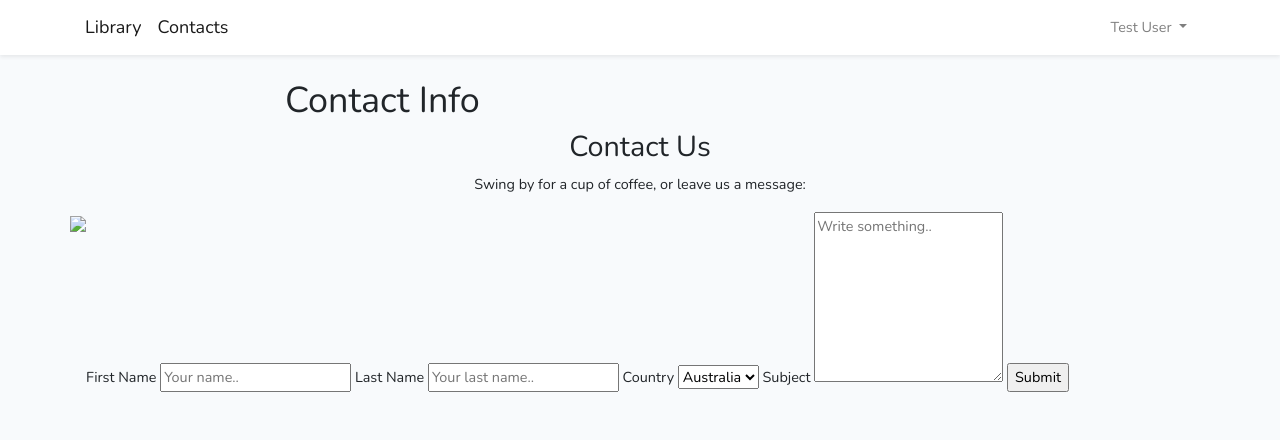
Repository: laravel-sys/groupOne
Page: http://localhost/contacts
An editor plug-in stored every save of this project. The page is shown before and after a run of saves, followed by the edit.
The browser window is 1280 px wide. The pictures show the whole page.
The page is served by the project's Laravel application, run on PHP 8.4 with Laravel 8. A made-up administrator, Test User (test@example.com), is signed in. Style sheets and scripts are compiled from the project's sources, by tool versions that may differ from the author's. Queries for data that is not in the repository find no rows.

Above is the page before, as saved 2021-03-26 22:28:10.

After the next 3 saves:
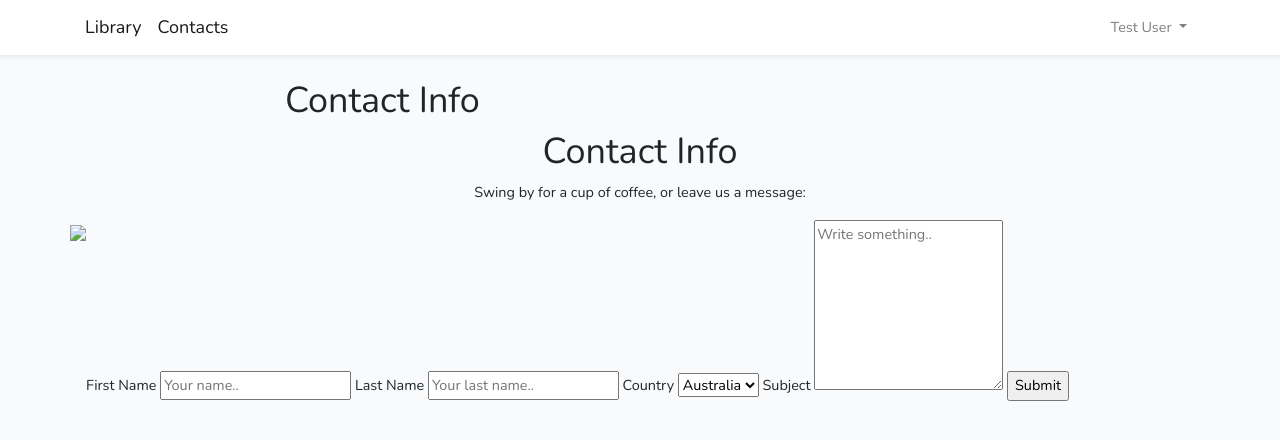
The 3 saves are shown as one change because they came seconds apart.
The last was saved 27 s later.
--- a/resources/views/index.blade.php
+++ b/resources/views/index.blade.php
@@ -22,8 +22,8 @@
 
             <div class="container">
             <div style="text-align:center">
-                <h2>Contact Us</h2>
-                <p>Swing by for a cup of coffee, or leave us a message:</p>
+                <h1>Contact Info</h1>
+                    <p>Swing by for a cup of coffee, or leave us a message:</p>
             </div>
             <div class="row">
                 <div class="column">
